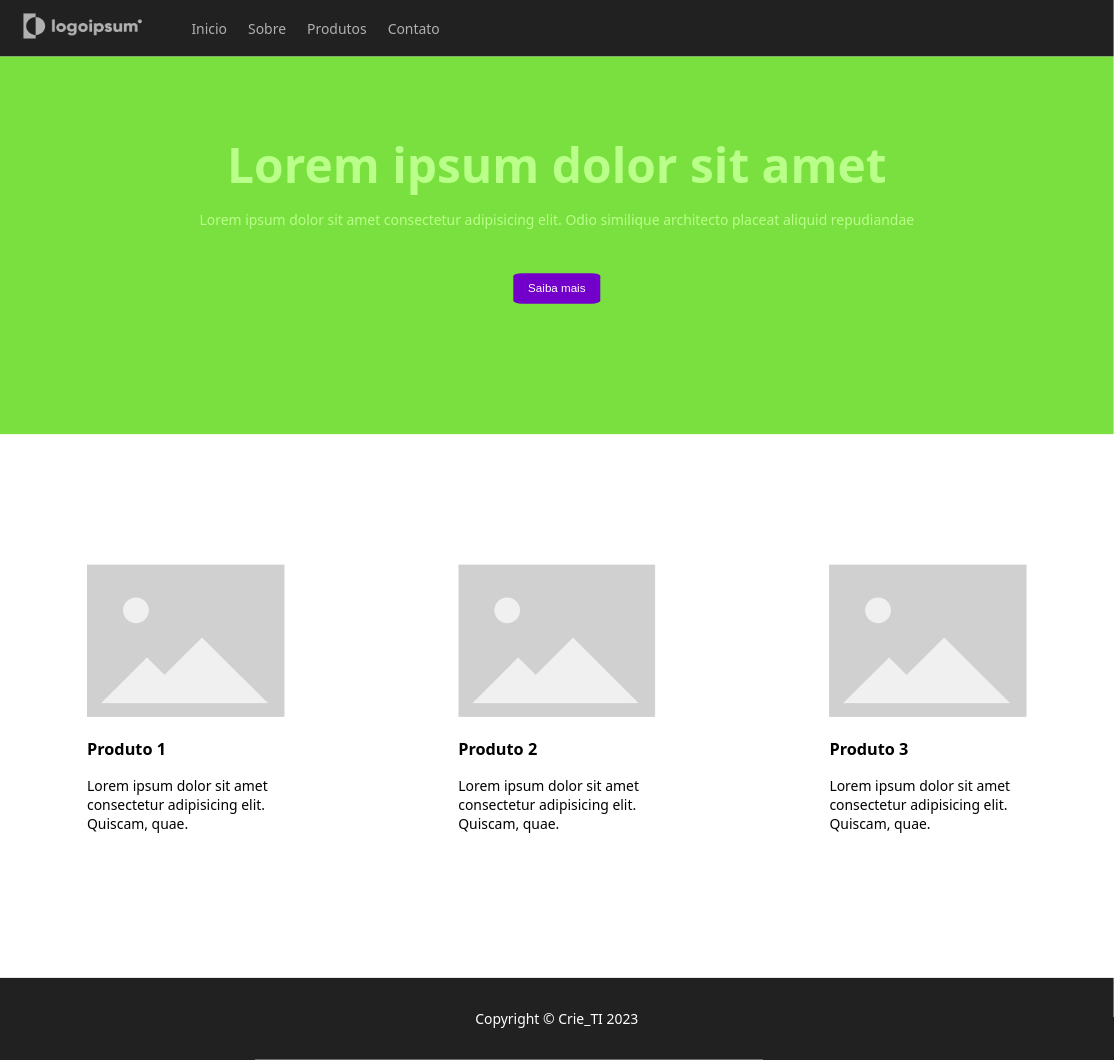
Repository: Carolden/SiteCrie_Ti
Page: index.html
An editor plug-in stored every save of this project. The page is shown before and after the next save, followed by the edit.
The browser window is 1280 px wide. The pictures show the whole page, at 87% of full size.

Above is the page before, as saved 2023-04-25 20:33:03.

### index.html
<!DOCTYPE html>
<html lang="pt-BR">
<head>
    <meta charset="UTF-8">
    <meta http-equiv="X-UA-Compatible" content="IE=edge">
    <meta name="viewport" content="width=device-width, initial-scale=1.0">
    <title>Document</title>
    <link rel="stylesheet" type="text/css" href="index.css" media="screen" />
</head>
<body>

    <header>
        <div>
            <img src="images/logo.png" alt="logo" class="logo">
        </div>
        <nav>
            <a href="inicio">Inicio</a>
            <a href="sobre">Sobre</a>
            <a href="produtos">Produtos</a>
            <a href="contato">Contato</a>
        </nav>
    </header>

    <main>

    <section class="banner">
        <h1>Lorem ipsum dolor sit amet</h1>
        <p>Lorem ipsum dolor sit amet consectetur adipisicing elit. Odio similique architecto placeat aliquid repudiandae</p>
        <button>Saiba mais</button>
    </section>

    <section class="produtos">
        <div class="row">
            <div class="column">
                <img src="images/placeholder.png" alt="imagem1">
                <h3>Produto 1</h3>
                <p>Lorem ipsum dolor sit amet consectetur adipisicing elit. Quiscam, quae. </p>
            </div>

            <div class="column">
                <img src="images/placeholder.png" alt="imagem2">
                <h3>Produto 2</h3>
                <p>Lorem ipsum dolor sit amet consectetur adipisicing elit. Quiscam, quae.</p>
            </div>

            <div class="column">
                <img src="images/placeholder.png" alt="imagem3">
                <h3>Produto 3</h3>
                <p>Lorem ipsum dolor sit amet consectetur adipisicing elit. Quiscam, quae.</p>
            </div>
        </div>
    </section>

    <footer>
        <div>
            <p> Copyright © Crie_TI 2023</p>
        </div>
    </footer>



    </main>





</body>
</html>

### index.css
body {
    border: 0;
    margin: 0;
    padding: 0;
    font-family: system-ui, -apple-system, BlinkMacSystemFont, 'Segoe UI', Roboto, Oxygen, Ubuntu, Cantarell, 'Open Sans', 'Helvetica Neue', sans-serif;
}


header {
    background-color: #212121;
    display: flex;
    align-items: center;
    width: 100%;
    top: 0;
    padding-left: 20px;
    padding-right: 20px;
    box-sizing: border-box;
}

header nav a {
    color: #B0B0B0;
    text-decoration: none;
    padding: 10px;

}

.logo {
    width: 150px;
    height: 60px;
    padding-right: 40px;
}

.banner {
    background-color: rgb(121, 224, 63);
    color: rgb(185, 255, 137);
    text-align: center;
    padding-top: 40px;
    padding-bottom: 150px;


}

button {
    background-color: rgb(114, 0, 202);
    color: #ffffff;
    text-align: center;
    padding: 10px;
    padding-left: 17px;
    padding-right: 17px;
    border-radius: 10%;
    border-style: hidden    ;
}

.banner h1 {
    font-size: 55px;
    margin-bottom: -30px;
}

.banner p {
    padding-bottom: 50px;
    padding-top: 30px;
    margin-bottom: 0px;
}

.produtos {
    padding-bottom: 50px;
}


.row {
    display: flex;
    padding-top: 50px;
}


.column {
    /* São 3 colunas, então o width recebe 33.33%, separando a linha em três colunas */
    width: 33.33%;
    padding: 100px;
    /* justify-content: center; */
    /* text-align: center; */

}


img {
    /* Cada imagem ocupa 100% dos 33.33% */
    width: 100%;
    /* height: 350px; */
    /* object-fit: cover; */
    /* text-align: center; */
    /* justify-content: center; */
}


footer {
    background-color: #212121;
    color: white;
    padding: 20px;
    text-align: center;
}

After the next save:
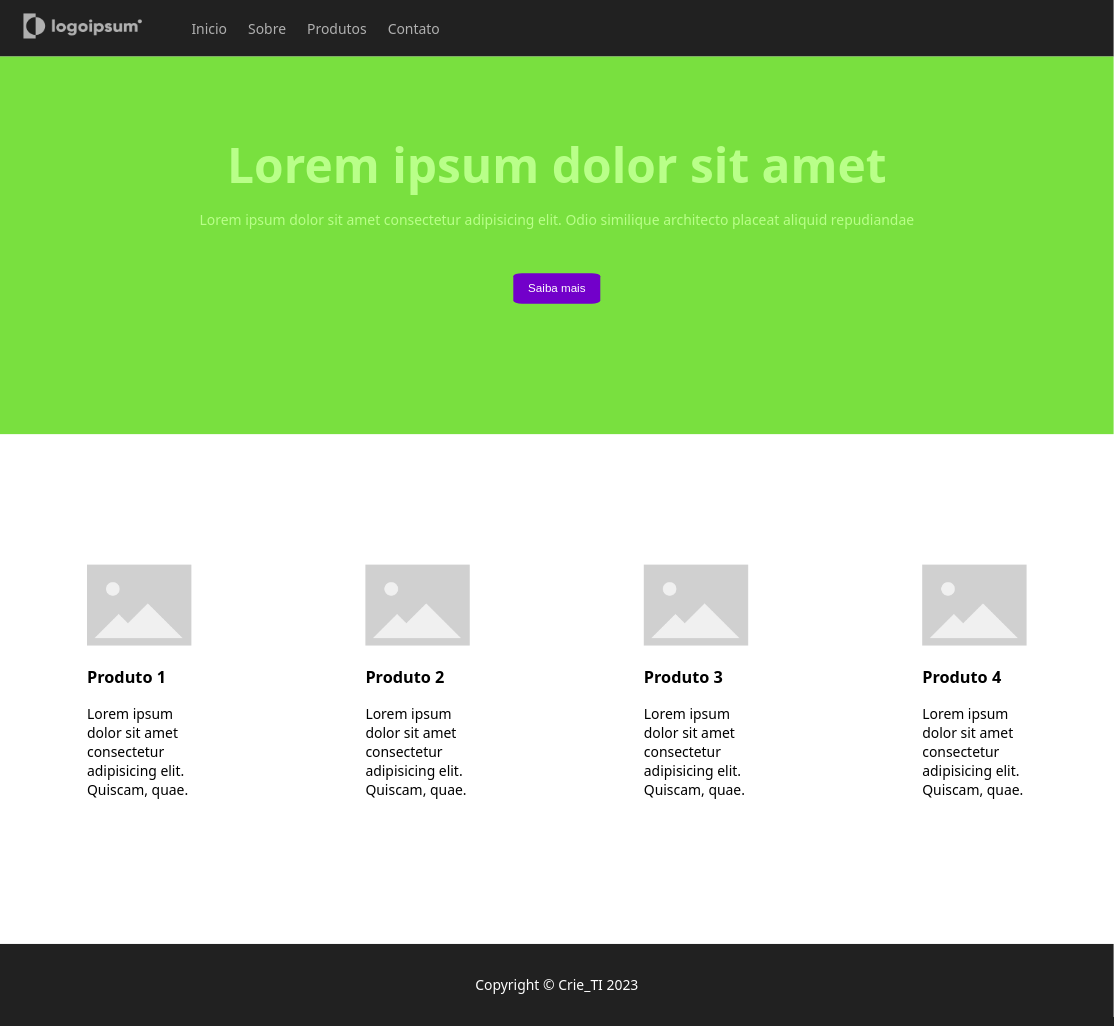
Saved 30 s later.
--- a/index.html
+++ b/index.html
@@ -48,6 +48,11 @@
                 <h3>Produto 3</h3>
                 <p>Lorem ipsum dolor sit amet consectetur adipisicing elit. Quiscam, quae.</p>
             </div>
+            <div class="column">
+                <img src="images/placeholder.png" alt="imagem4">
+                <h3>Produto 4</h3>
+                <p>Lorem ipsum dolor sit amet consectetur adipisicing elit. Quiscam, quae.</p>
+            </div>
         </div>
     </section>
 
